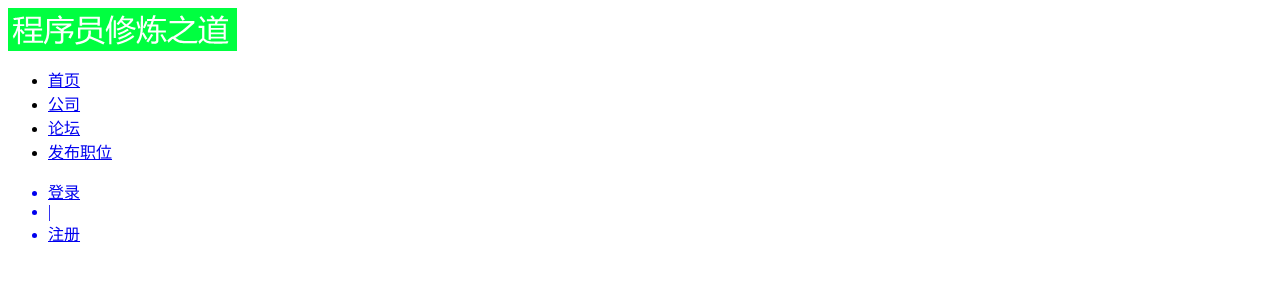
Repository: honglei92/javaweb_EE
Page: apple/WebContent/index.html
These files come from the project's save history. The page is drawn as it stood at one moment and after the next save; the edit follows.
The browser window is 1280 px wide. The pictures show the whole page.

Above is the page before, as saved 2013-09-01 10:03:30.

After the next save:
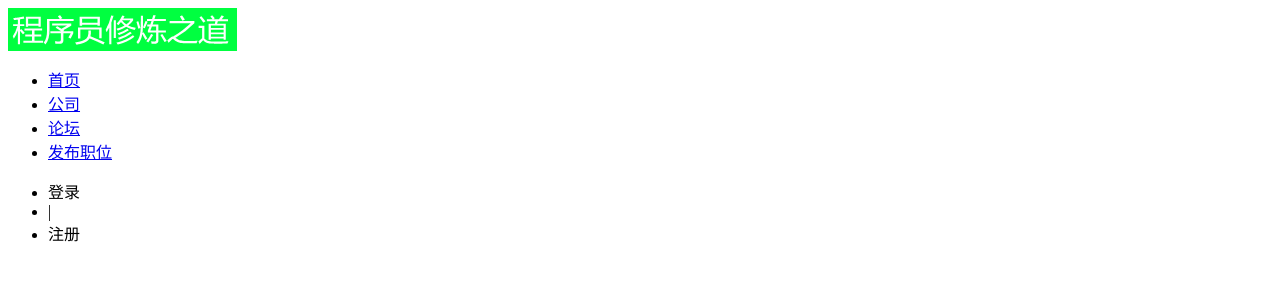
Saved 5 s later.
--- a/apple/WebContent/index.html
+++ b/apple/WebContent/index.html
@@ -17,8 +17,8 @@
 				<ul class="reset" id="navheader">
 				<li class="current"><a href="/">首页</a></li>
 				<li><a href="/c/companylist.html">公司</a></li>
-				<li><a href="/c/companylist.html">论坛</li>
-				<li><a href="/c/companylist.html">发布职位</li>
+				<li><a href="/c/companylist.html">论坛</a></li>
+				<li><a href="/c/companylist.html">发布职位</a></li>
 				</ul>
 
 				<ul class="loginTop">
